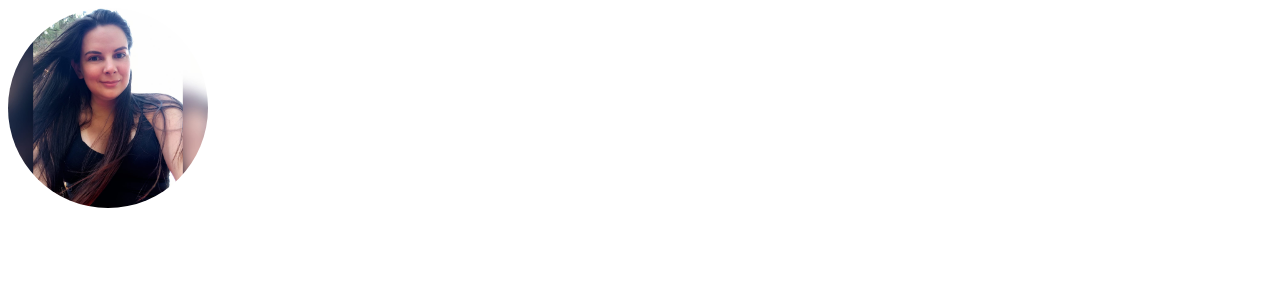
Repository: AnaBerlanda/AppAcademia
Page: index.html
These files come from the project's save history. The page is drawn as it stood at one moment and after the next save; the edit follows.
The browser window is 1280 px wide. The pictures show the whole page.

Above is the page before, as saved 2022-02-03 13:59:19.

### index.html
<!DOCTYPE html>
<html lang="pt-br">

<head>
    <meta charset="utf-8" />
    <title>App Academia</title>
    <style>
        body{

        }
        #redonda{
            width: 200px;
            height: 200px;
            border-radius: 50%;
            text-align: center;




        }

    </style>
</head>
<body>
    <img id="redonda" src="img/ana.jpg" alt="Foto da Ana">







</body>
</html>

After the next save:
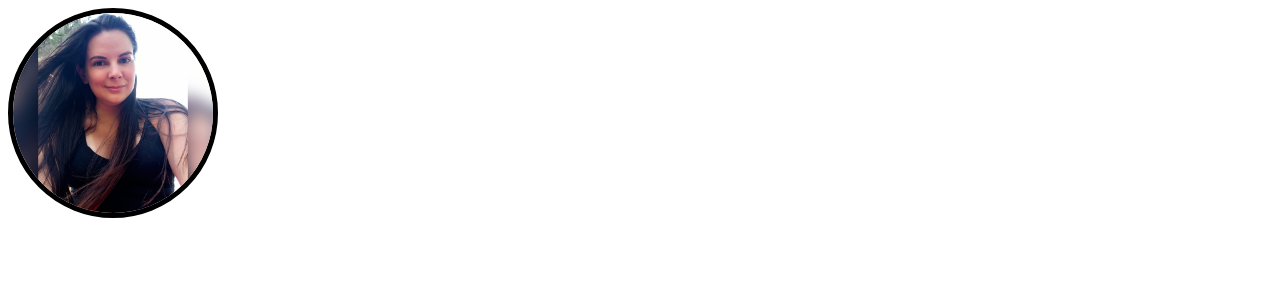
Saved 2 min 37 s later.
--- a/index.html
+++ b/index.html
@@ -12,7 +12,8 @@
             width: 200px;
             height: 200px;
             border-radius: 50%;
-            text-align: center;
+            border: 5px solid black;
+
 
 
 
